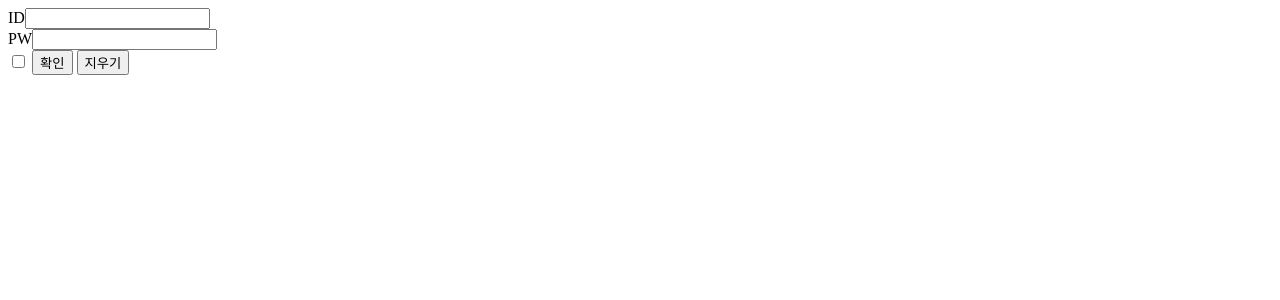
Repository: lee-ruru/jsp_practice
Page: http://localhost/JSPBasic/JspObject/3.cookie/cookie_login.jsp
The author's editor kept a copy of each file at every save. The page is drawn from the files as they stood at one save, then again after the next save.
The browser window is 1280 px wide. The pictures show the whole page.
The page is served by Tomcat 9.

Above is the page before, as saved 2022-02-07 01:17:44.

### JSPBasic/src/main/webapp/JspObject/3.cookie/cookie_login.jsp
<%@ page language="java" contentType="text/html; charset=UTF-8"
    pageEncoding="UTF-8"%>
    <%
    // 생성된 user_id쿠키를 검색해서 쿠키가 존재한다면
    // 로그인 창 대신에 브라우저에 "이미 로그인한 사용자 입니다."
    // 를 출력해주시고, user_id가 없을때는 로그인 입력창이 등장하도록
    // if~else문을 활용해주세요.


    %>
<!DOCTYPE html>
<html>
<head>
<meta charset="UTF-8">
<title>Insert title here</title>
</head>
<body>
	<!-- 로그인창은 form으로 구성해주시면 됩니다.
	input text 1개(유저 아이디 입력), input password 1개(비밀번호 입력).
	input checkbox 1개(자동로그인)
	목적지는 cookie_login_ok.jsp로 해주세요. -->
	<form action = "cookie_login_ok.jsp" method="post">
	ID<input type="text" name="user_id"/><br/>
	PW<input type="text" name="user_password"/><br/>
	<input type="checkbox" name="login" value="자동로그인">
	<input type = "submit" value="확인"/>
	<input type = "reset" value="지우기"/>
	</form>

</body>
</html>

After the next save:
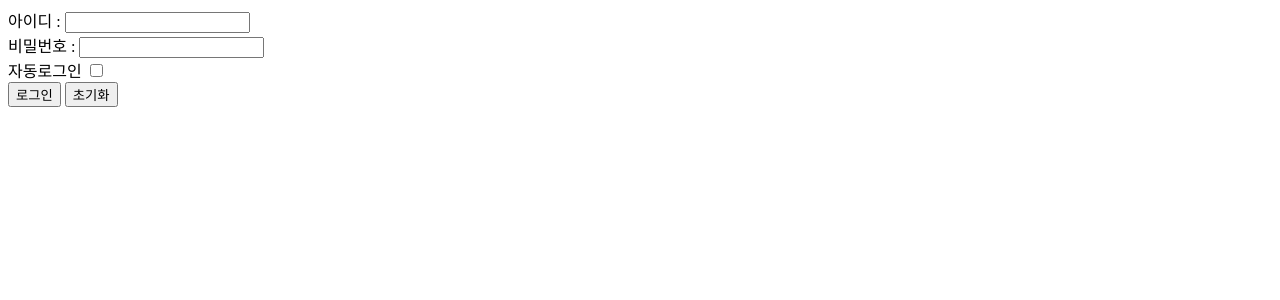
Saved 2 min 6 s later.
--- a/JSPBasic/src/main/webapp/JspObject/3.cookie/cookie_login.jsp
+++ b/JSPBasic/src/main/webapp/JspObject/3.cookie/cookie_login.jsp
@@ -19,12 +19,12 @@
 	input text 1개(유저 아이디 입력), input password 1개(비밀번호 입력).
 	input checkbox 1개(자동로그인)
 	목적지는 cookie_login_ok.jsp로 해주세요. -->
-	<form action = "cookie_login_ok.jsp" method="post">
-	ID<input type="text" name="user_id"/><br/>
-	PW<input type="text" name="user_password"/><br/>
-	<input type="checkbox" name="login" value="자동로그인">
-	<input type = "submit" value="확인"/>
-	<input type = "reset" value="지우기"/>
+	<form action = "cookie_login_ok.jsp">
+	아이디 : <input type="text" name="userId"/><br/>
+	비밀번호 : <input type="text" name="userPw"/><br/>
+	자동로그인 <input type="checkbox" name="auto" value="checked"><br/>
+	<input type = "submit" value="로그인"/>
+	<input type = "reset" value="초기화"/>
 	</form>
 
 </body>
